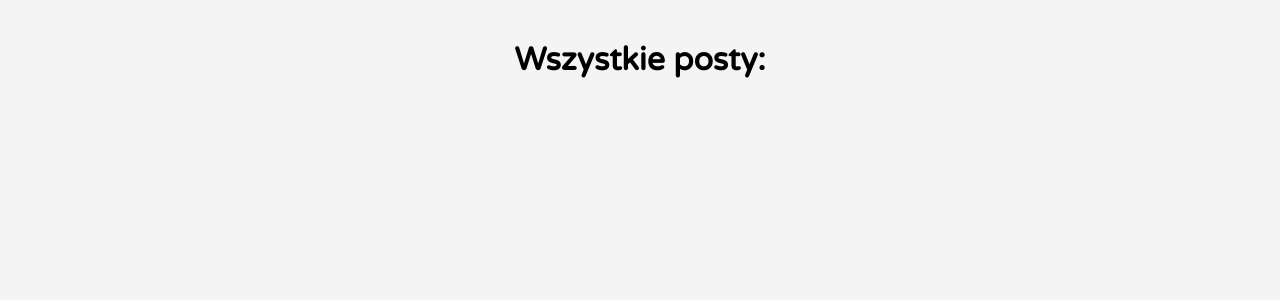
Repository: noisevisionproductions/PlayMeetWebsite
Page: src/main/resources/templates/posts.html
An editor plug-in stored every save of this project. The page is shown before and after the next save, followed by the edit.
The browser window is 1280 px wide. The pictures show the whole page.
The page's requests for data from a server got no answer. Some web libraries are served in a nearby version.

Above is the page before, as saved 2024-03-25 02:19:02.

### src/main/resources/templates/posts.html
<!DOCTYPE html>
<html lang="en">

<head>
    <meta charset="UTF-8">
    <meta name="viewport" content="width=device-width, initial-scale=1.0">
    <title>Posty</title>
    <link rel="icon" type="image/x-icon" href="assets/favicon.ico" />
    <!-- Font Awesome icons (free version)-->
    <script src="https://use.fontawesome.com/releases/v6.3.0/js/all.js" crossorigin="anonymous"></script>
    <!-- Google fonts-->
    <link href="https://fonts.googleapis.com/css?family=Varela+Round" rel="stylesheet" />
    <link
        href="https://fonts.googleapis.com/css?family=Nunito:200,200i,300,300i,400,400i,600,600i,700,700i,800,800i,900,900i"
        rel="stylesheet" />
    <!-- Core theme CSS (includes Bootstrap)-->
    <link href="css/posts.css" rel="stylesheet" />

</head>


<body>
    <!-- Contener for posts displaying -->
    <div class="container">
        <h1 class="posts-header"> Wszystkie posty:</h1>
        <div id="posts-container">
            <h2 class="post-avatar">
            </h2>
        </div>
        <div class="post-content">

        </div>
        <div class="post-footer">
        </div>
    </div>
    <script src="js/posts.js"></script>
</body>

</html>

### src/main/resources/static/css/posts.css
body {
    font-family: "Nunito", sans-serif;
    margin: 0;
    padding: 0;
    background-color: #f4f4f4;
}

.container {
    max-width: 800px;
    margin: auto;
    padding: 20px;
}

.post {
    background: #fff;
    background-color: #fff;
    padding: 20px;
    margin-bottom: 20px;
    border: 1px solid #ddd;
    border-radius: 5px;
    margin: 10px;
    box-shadow: 0 2px 4px rgba(0, 0, 0, 0.1);
}

.post-header,
.post-footer {
    display: flex;
    justify-content: space-between;
    align-items: center;
}

.post-sport,
.post-date,
.post-chat {
    margin-right: 5px;
    color: blue;
}

.post-title {
    margin: 0;
}

.post h2 {
    margin-top: 0;
}

h1,
h2,
h3,
h4,
h5,
h6 {
    font-family: "Varela Round", sans-serif;
}

.container {
    display: grid;
    place-items: center;
    height: 100px;
}

.post-avatar {
    width: 100px;
    height: 100px;
    border-radius: 50%;
    object-fit: cover;
}

### src/main/resources/static/js/posts.js
/*!
* Script for displaying posts that users created. Posts will be downloaded from database.
*/
document.addEventListener('DOMContentLoaded', function () {
    fetch('/api/posts', {
        headers: {
            'Accept': 'application/json'
        }
    })
        .then(response => response.json())
        .then(posts => {
            const postsContainer = document.getElementById('posts-container');
            posts.forEach(element => {
                const postElement = document.createElement('div');
                postElement.className = 'post';

                // Creating header
                const postHeader = document.createElement('div');
                postHeader.className = 'post-header';

                // Creating user avatar
                const userAvatar = document.createElement('img');
                userAvatar.src = 'assets/post/sample_avatar.png';
                userAvatar.alt = 'Avatar użytkownika';
                userAvatar.className = 'post-avatar';

                const postTitle = document.createElement('h2');
                postTitle.className = 'postTitle';
                postTitle.textContent = element.sportType;

                // Adding elements to the header
                postHeader.appendChild(userAvatar);
                postHeader.appendChild(postTitle);

                // Adding everything to the post
                postElement.appendChild(postHeader);


                postsContainer.appendChild(postElement);
            });
        })
        .catch(error => console.error('Error', error));
})

After the next save:
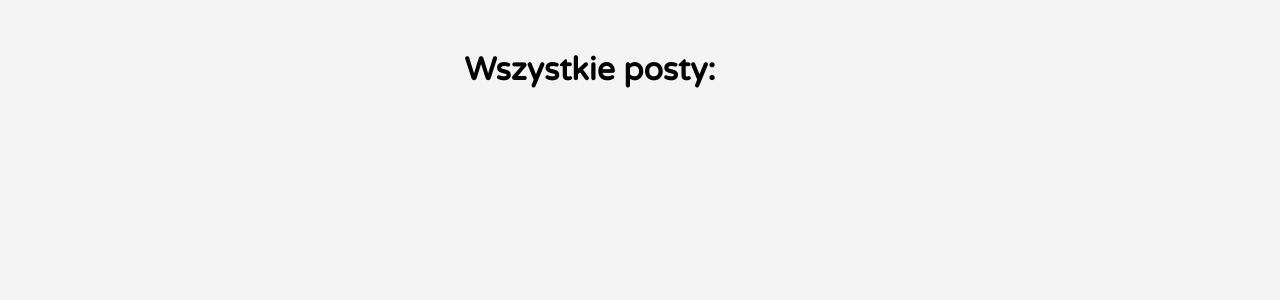
Saved 37 s later.
--- a/src/main/resources/static/css/posts.css
+++ b/src/main/resources/static/css/posts.css
@@ -54,8 +54,9 @@ h6 {
 }
 
 .container {
-    display: grid;
-    place-items: center;
+    display: flex;
+    justify-content: center;
+    align-items: center;
     height: 100px;
 }
 
